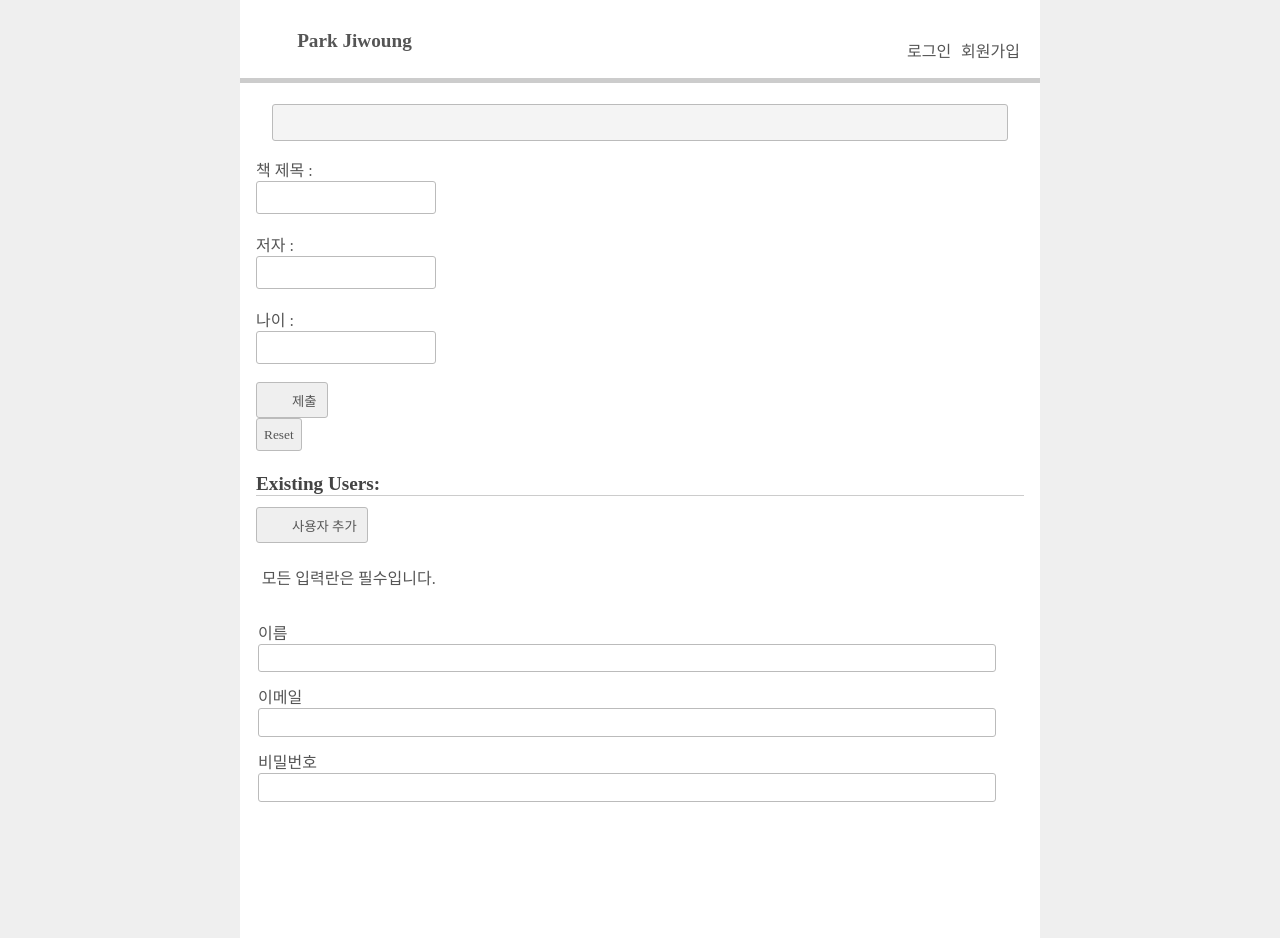
Repository: park-jiwoong/webClass
Page: http://localhost/jspPro/days01/ex02.jsp
The author's editor kept a copy of each file at every save. The page is drawn from the files as they stood at one save, then again after the next save.
The browser window is 1280 px wide. The pictures show the whole page.
Some web fonts or font styles are not loaded; a fallback is used. The page is served by Tomcat 9.

Above is the page before, as saved 2025-05-21 03:29:39.

After the next save:
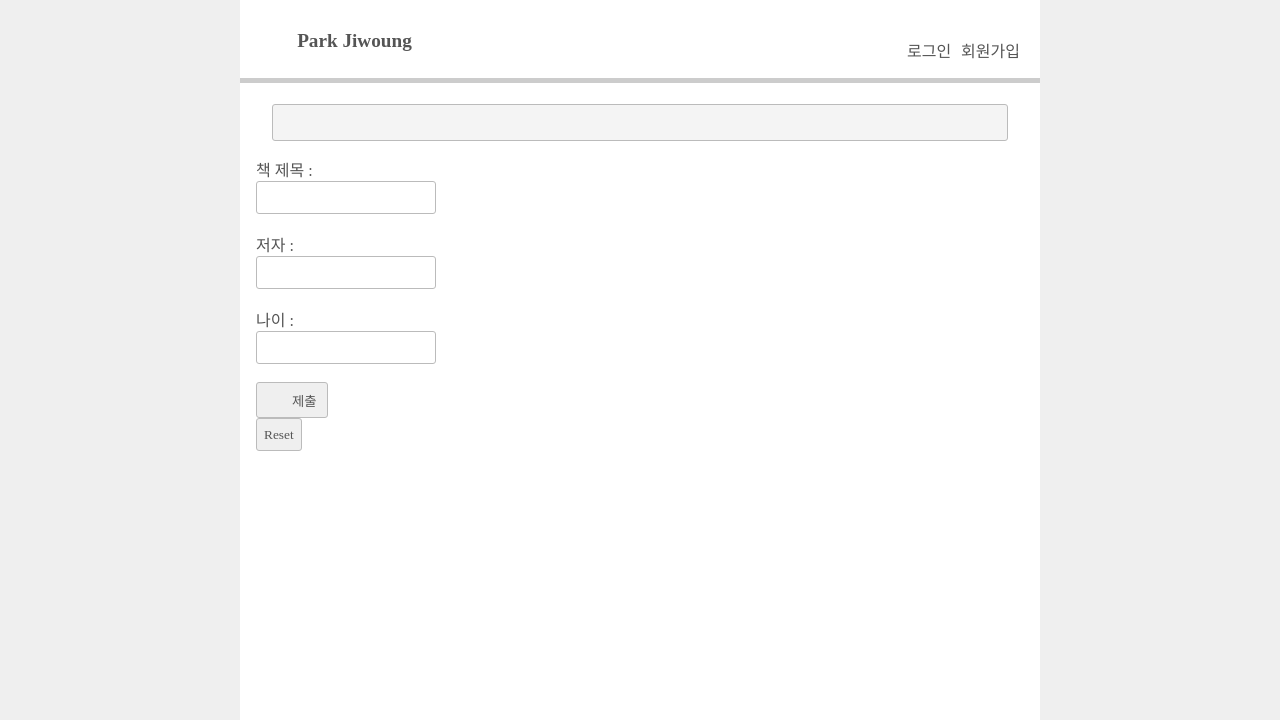
Saved 2 min 7 s later.
--- a/JSPClass/jspPro/src/main/webapp/days01/ex02.jsp
+++ b/JSPClass/jspPro/src/main/webapp/days01/ex02.jsp
@@ -47,25 +47,6 @@
 			<input type="reset">
 		</form>
 	</div>
-
-	<div id="users-contain" class="ui-widget">
-		<h1>Existing Users:</h1>
-
-		<button id="create-user">사용자 추가</button>
-
-<div id="dialog-form" title="새 사용자 등록">
-    <p class="validateTips">모든 입력란은 필수입니다.</p>
-    <form>
-        <fieldset>
-            <label for="name">이름</label>
-            <input type="text" name="name" id="name" class="text ui-widget-content ui-corner-all">
-            <label for="email">이메일</label>
-            <input type="text" name="email" id="email" class="text ui-widget-content ui-corner-all">
-            <label for="password">비밀번호</label>
-            <input type="password" name="password" id="password" class="text ui-widget-content ui-corner-all">
-            <input type="submit" tabindex="-1" style="position:absolute; top:-1000px">
-        </fieldset>
-    </form>
 
 
     <script>
